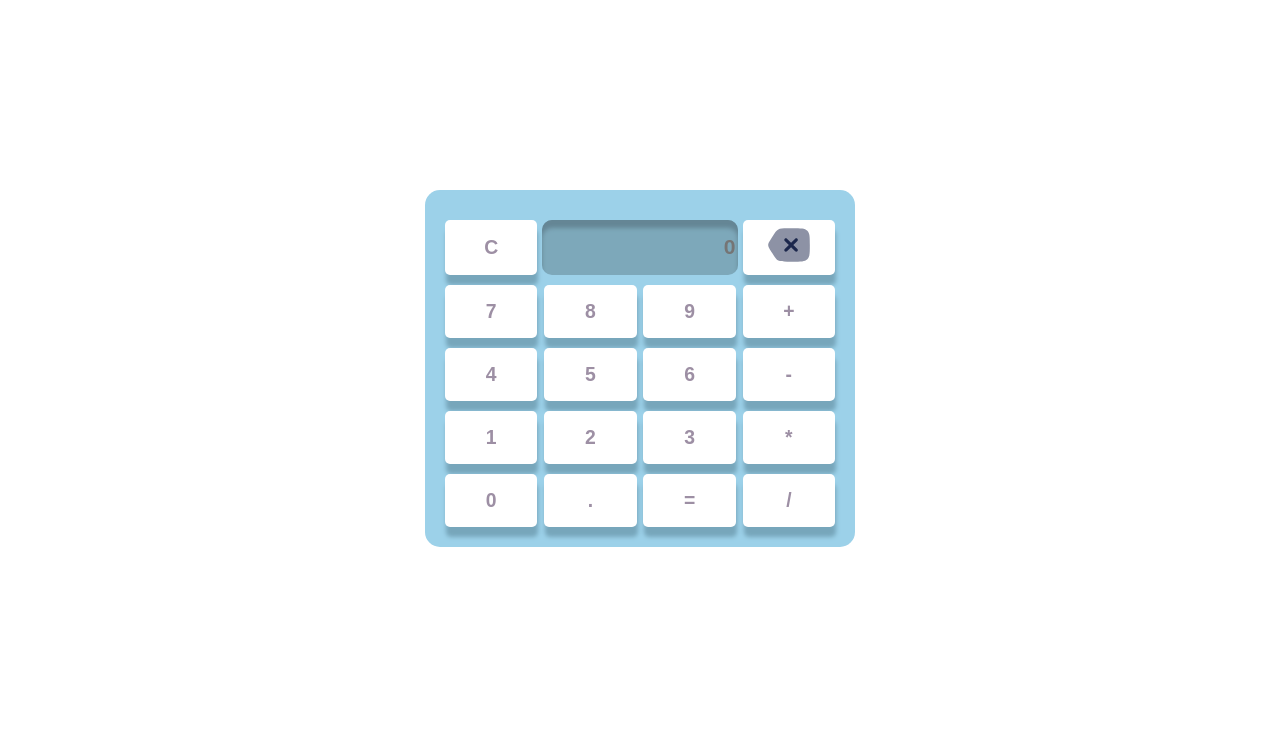
Repository: sem1103/calculator
Page: index.html
An editor plug-in stored every save of this project. The page is shown before and after the next save, followed by the edit.
The browser window is 1280 px wide. The pictures show the whole page.

Above is the page before, as saved 2023-11-02 12:00:45.

### index.html
<!DOCTYPE html>
<html lang="en">

<head>
    <meta charset="UTF-8">
    <meta name="viewport" content="width=device-width, initial-scale=1.0">
    <title>Calc</title>
    <style>
        * {
            box-sizing: border-box;
            font: bold 1.1rem arial;
        }

        .calc__container {
            display: flex;
            justify-content: center;
            height: 100vh;
            align-items: center;
        }

        .calc__wrapper {
            max-width: 900px;
            background-color: #9cd1e9;
            padding: 20px;
            border-radius: 15px;
        }

        .calc__display {
            box-shadow: inset 0px 8px 4px 0px #658695;
            background-color: #7da8ba;
            width: 50%;
            border-radius: 10px;
            border: 0;
            outline: 0;
            text-align: right;
            font-size: 1.2rem;
            color: #fff;
        }

        .calc__main,
        .calc__header {
            display: flex;
            flex-direction: row;
            flex-wrap: wrap;
            justify-content: space-between;
            row-gap: 10px;
            column-gap: 5px;

        }

        .calc__header {
            margin: 10px 0;
        }

        .sum{
            background-color: #f1ff98;
        }
        button {
            padding: 15px 5px;
            text-align: center;
            background-color: #fff;
            box-shadow: 1px 10px 4px #77a6bb;
            flex-basis: calc(25% - 5px);
            border: 0;
            border-radius: 5px;
            cursor: pointer;
            color: #9d8fa4;
            transition: all .1s ease-in-out;
        }

        button:active {
            box-shadow: 1px 0 4px #77a6bb;
            transform: translate(0, 3px);
        }

        button:hover {
            background-color: #d1d1d1;
        }

        .active{
            box-shadow: 1px 0 4px #77a6bb;
            transform: translate(0, 3px);
            background-color: #d1d1d1;
        }
        .backspace{
            padding: 0;
        }


    </style>
</head>

<body>
    <div class="calc__container">
        <div class="calc__wrapper">
            <div class="calc__header">
                <button onclick="clearDisplay()">C</button>
                <input id="display" class="calc__display" type="text" placeholder="0" oninput="setValueHandle(this)">

                </input>
                 <button class="backspace" onclick="backspace()">
                    <svg width="50px" viewBox="0 0 24 24" fill="none" xmlns="http://www.w3.org/2000/svg">
                        <path opacity="0.5" d="M6.87114 19.4986C7.80085 20 8.91458 20 11.142 20H13.779C17.6544 20 19.5921 20 20.7961 18.8284C22 17.6569 22 15.7712 22 12C22 8.22876 22 6.34315 20.7961 5.17157C19.5921 4 17.6544 4 13.779 4H11.142C8.91458 4 7.80085 4 6.87114 4.50143C5.94144 5.00286 5.35117 5.92191 4.17061 7.76001L3.48981 8.82001C2.4966 10.3664 2 11.1396 2 12C2 12.8604 2.4966 13.6336 3.48981 15.18L4.17061 16.24C5.35117 18.0781 5.94144 18.9971 6.87114 19.4986Z" fill="#1C274C"/>
                        <path d="M11.0303 8.96967C10.7374 8.67678 10.2626 8.67678 9.96967 8.96967C9.67678 9.26256 9.67678 9.73744 9.96967 10.0303L11.9394 12L9.96969 13.9697C9.6768 14.2626 9.6768 14.7374 9.96969 15.0303C10.2626 15.3232 10.7375 15.3232 11.0304 15.0303L13 13.0607L14.9696 15.0303C15.2625 15.3232 15.7374 15.3232 16.0303 15.0303C16.3232 14.7374 16.3232 14.2625 16.0303 13.9697L14.0607 12L16.0303 10.0304C16.3232 9.73746 16.3232 9.26258 16.0303 8.96969C15.7374 8.6768 15.2626 8.6768 14.9697 8.96969L13 10.9394L11.0303 8.96967Z" fill="#1C274C"/>
                        </svg>
                </button>
            </div>
            <div class="calc__main">
                <button onkeydown="test(this)" onclick="setValueHandle(this)">7</button>
                <button onclick="setValueHandle(this)">8</button>
                <button onclick="setValueHandle(this)">9</button>
                <button onclick="setValueHandle(this)">+</button>
                <button onclick="setValueHandle(this)">4</button>
                <button onclick="setValueHandle(this)">5</button>
                <button onclick="setValueHandle(this)">6</button>
                <button onclick="setValueHandle(this)">-</button>
                <button onclick="setValueHandle(this)">1</button>
                <button onclick="setValueHandle(this)">2</button>
                <button onclick="setValueHandle(this)">3</button>
                <button onclick="setValueHandle(this)">*</button>
                <button onclick="setValueHandle(this)">0</button>
                <button onclick="setValueHandle(this)">.</button>
                <button onclick="calcSumm()" class="summ">=</button>
                <button onclick="setValueHandle(this)">/</button>
            </div>
        </div>
    </div>


    <script>
        let calcDisplay = document.getElementById('display');
        let buttons = document.querySelectorAll('button');

        function setValueHandle(e) {

            if (/[a-zA-Zа-яА-ЯёЁ]/.test(calcDisplay.value)) {
                console.log(1);
                calcDisplay.value = e.value;
                return;
            }else if(/\b0+\d+/.test(calcDisplay.value) || /^[+\*/]/.test(calcDisplay.value)){
                calcDisplay.value = 'Ошибка!';
                return;
            }
            calcDisplay.value += e.innerHTML;

        }

        function clearDisplay() {
            calcDisplay.value = '';
        }

        function calcSumm() {
            let value = calcDisplay.value;


            value = value.replace(/\s/g, '');
            let operators = value.split('').filter(item => {
                if (item == '+' || item == '-' || item == '*' || item == '/') return item;
            })
            let numbers = value.split(/[+\-*/]/);
            let result = +numbers[0];

            console.log(operators);
            console.log(numbers);
            if (numbers[numbers.length - 1] == '') {
                calcDisplay.value = 'Ошибка!';
                return;
            }else if(/[\+\-\*\/]{2,}/.test(calcDisplay.value) ){
                calcDisplay.value = 'Две математических операции!';
                return;
            }



            operators.forEach((item, index) => {
                if (item == '+') {
                    result += +numbers[index + 1]
                } else if (item == '-') {
                    result -= numbers[index + 1]
                } else if (item == '/') {
                    if (+numbers[index + 1] === 0) {
                        calcDisplay.value = 'На ноль делить нельзя!!';
                        throw new Error('infiniti');
                    } else result /= numbers[index + 1];

                } else result *= numbers[index + 1]
            });
            calcDisplay.value = result;

        }

        function backspace(){
            calcDisplay.value = calcDisplay.value.slice(0, -1)
        }


        document.body.addEventListener('keydown', (e) =>{
            if(e.key >=0 && e.key <= 9 || ['+','-','*','/','.'].includes(e.key)){
                buttons.forEach(item => {
                    if(item.innerHTML == e.key){
                        setValueHandle(item);
                        item.classList.add('active');
                        item.addEventListener('transitionend', () =>{
                        item.classList.remove('active')
                        })
                    }
                })
            }
        });
    </script>
</body>

</html>

After the next save:
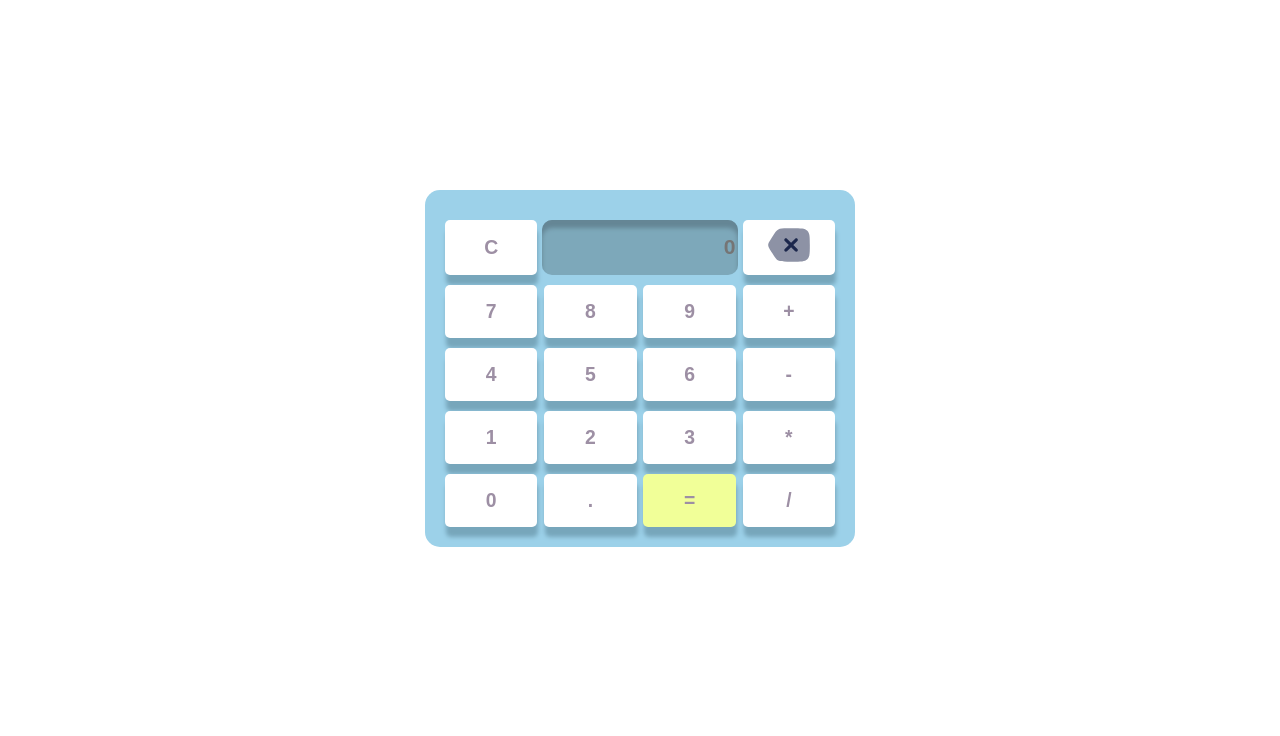
Saved 8 s later.
--- a/index.html
+++ b/index.html
@@ -120,7 +120,7 @@
                 <button onclick="setValueHandle(this)">*</button>
                 <button onclick="setValueHandle(this)">0</button>
                 <button onclick="setValueHandle(this)">.</button>
-                <button onclick="calcSumm()" class="summ">=</button>
+                <button onclick="calcSumm()" class="sum">=</button>
                 <button onclick="setValueHandle(this)">/</button>
             </div>
         </div>
